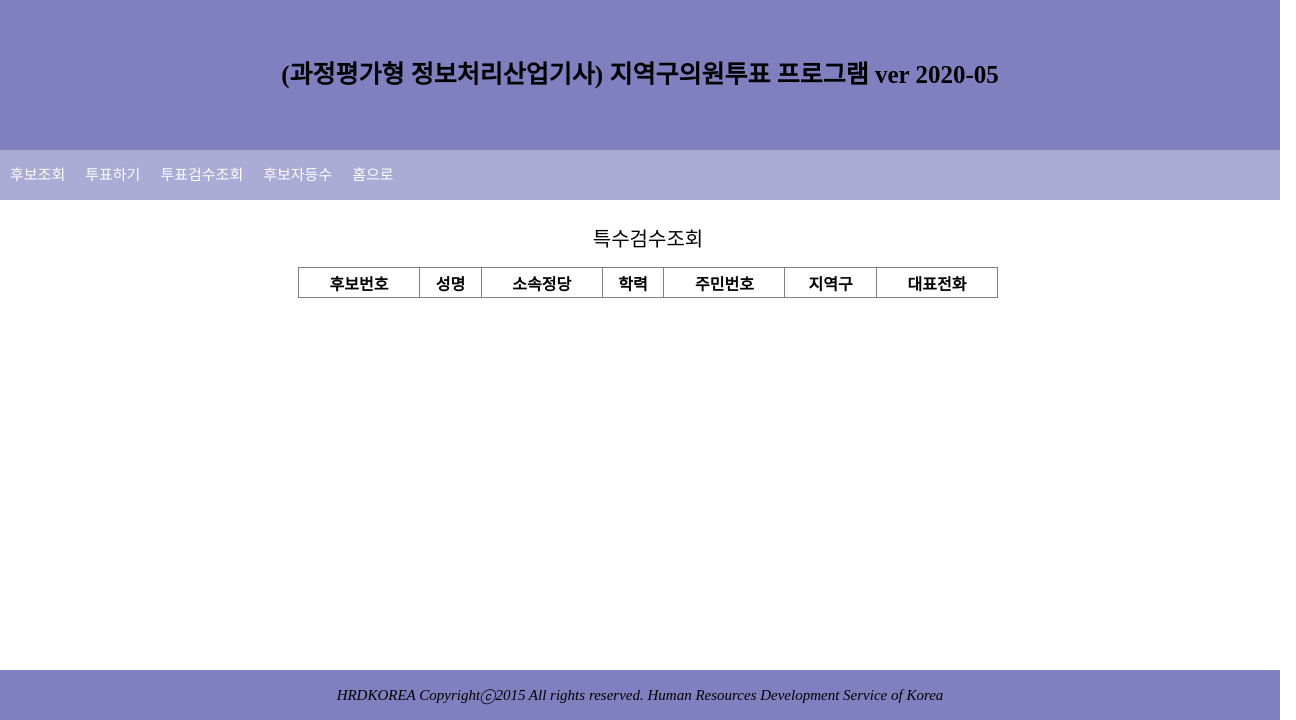
Repository: eunbiro/HRD_1236
Page: http://localhost/HRD_1235/result.jsp
An editor plug-in stored every save of this project. The page is shown before and after the next save, followed by the edit.
The browser window is 1280 px wide. The page is 1296 px wide, so the pictures cover 1296 px, including what lies to the right of the window. The pictures show the whole page.
The page is served by Tomcat 9. Other server files are loaded and not shown.

Above is the page before, as saved 2022-12-22 05:25:59.

### HRD_1235/src/main/webapp/result.jsp
<%@ page language="java" contentType="text/html; charset=UTF-8"
    pageEncoding="UTF-8"%>
<!DOCTYPE html>
<html>
<head>
<meta charset="UTF-8">
<title>특수검수조회</title>
<link rel="stylesheet" href="style.css">
</head>
<body>
	<%@ include file="header.jsp" %>
	<section>
		<div class="title">특수검수조회</div>
		<div class="wrapper">
			<table>
				<tr>
					<th>후보번호</th>
					<th>성명</th>
					<th>소속정당</th>
					<th>학력</th>
					<th>주민번호</th>
					<th>지역구</th>
					<th>대표전화</th>
				</tr>
			</table>
		</div>
	</section>
	<%@ include file="footer.jsp" %>

</body>
</html>

### HRD_1235/src/main/webapp/header.jsp
<%@ page language="java" contentType="text/html; charset=UTF-8"
    pageEncoding="UTF-8"%>
<!DOCTYPE html>
<html>
<head>
<meta charset="UTF-8">
<title>Insert title here</title>
</head>
<body>
	<header>(과정평가형 정보처리산업기사) 지역구의원투표 프로그램 ver 2020-05</header>
	<nav>
		<ul class="menu">
			<li><a href="list">후보조회</a></li>
			<li><a href="add">투표하기</a></li>
			<li><a href="result">투표검수조회</a></li>
			<li><a href="rank">후보자등수</a></li>
			<li><a href="home">홈으로</a></li>
		</ul>
	</nav>
</body>
</html>

### HRD_1235/src/main/webapp/footer.jsp
<%@ page language="java" contentType="text/html; charset=UTF-8"
    pageEncoding="UTF-8"%>
<!DOCTYPE html>
<html>
<head>
<meta charset="UTF-8">
<title>Insert title here</title>
</head>
<body>
	<footer>HRDKOREA Copyrightⓒ2015 All rights reserved. Human Resources Development Service of Korea</footer>
</body>
</html>

### HRD_1235/src/main/webapp/style.css
@charset "UTF-8";

* {
	margin: 0;
	padding: 0;
}

a {
	text-decoration: none;
	color: #fff;
}

header {
	width: 100%;
	height: 150px;
	line-height: 150px;
	background: #8080c0;
	font-size: 25px;
	text-align: center;
	font-weight: 900;
}

.menu {
	display: flex;
	list-style: none;
	width: 100%;
	background: #ababd6;
}

.menu li {
	margin: 5px;
	padding: 5px;
	height: 30px;
	line-height: 30px;
	font-size: 15px;
}

section {
	width: 100%;
	height: 100%;
	padding: 8px;
}

.title {
	width: 100%;
	margin: 15px 0;
	font-size: 20px;
	text-align: center;
	font-weight: 500;
}

.wrapper {
	display: flex;
	justify-content: center;
	align-items: center;
	text-align: center;
}

table {
	width: 700px;
}

table, tr, td, th {
	border: 1px solid gray;
	border-collapse: collapse;
}

table tr {
	height: 30px;
}

td > input, td select, td label {
	float: left;
	padding: 5px 8px;
	margin: 2px 5px;
}

.inp {
	width: 500px;
}

td select {
	width: 150px;
}

td input[name=jumin] {
	width: 200px;
}

td input[name=place] {
	width: 190px;
}

td a {
	float: left;
	color: #000000;
	height: 30px;
	line-height: 30px;
}



footer {
	position: fixed;
	width: 100%;
	height: 50px;
	line-height: 50px;
	bottom: 0;
	background: #8080c0;
	font-size: 15px;
	font-style: italic;
	text-align: center;
}

After the next save:
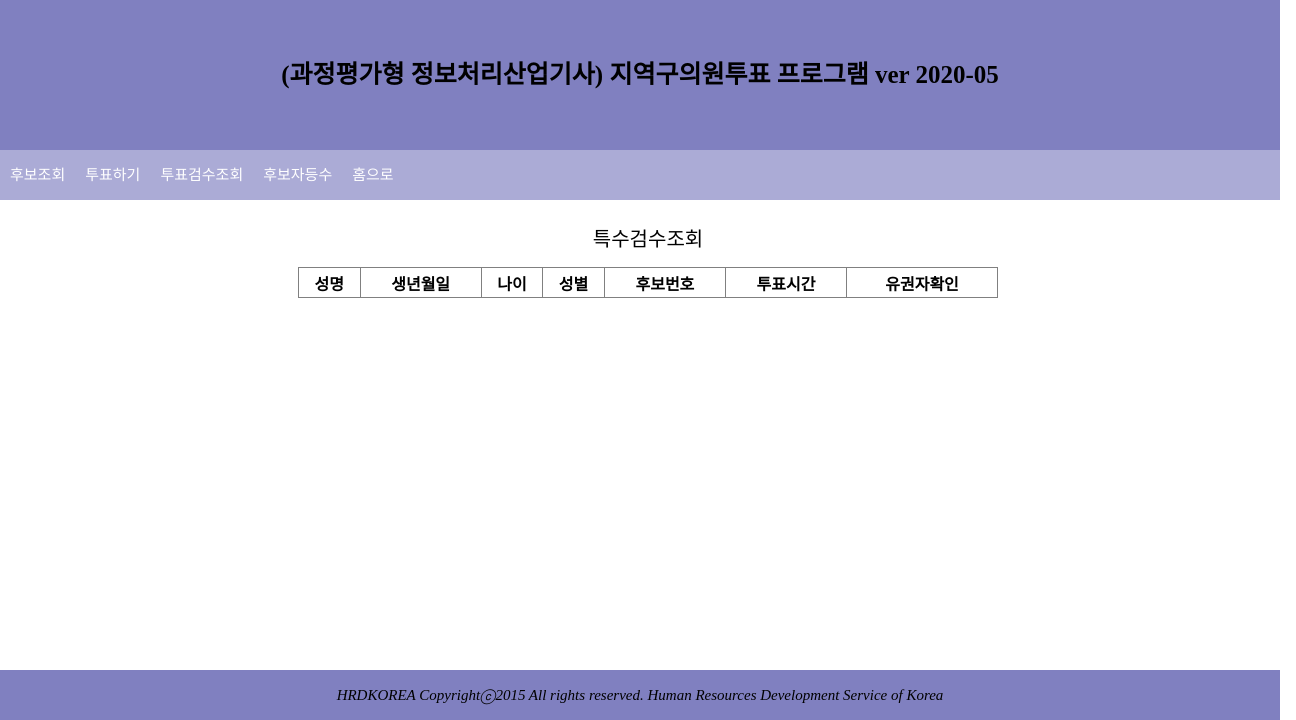
Saved 37 s later.
--- a/HRD_1235/src/main/webapp/result.jsp
+++ b/HRD_1235/src/main/webapp/result.jsp
@@ -14,13 +14,13 @@
 		<div class="wrapper">
 			<table>
 				<tr>
+					<th>성명</th>
+					<th>생년월일</th>
+					<th>나이</th>
+					<th>성별</th>
 					<th>후보번호</th>
-					<th>성명</th>
-					<th>소속정당</th>
-					<th>학력</th>
-					<th>주민번호</th>
-					<th>지역구</th>
-					<th>대표전화</th>
+					<th>투표시간</th>
+					<th>유권자확인</th>
 				</tr>
 			</table>
 		</div>
